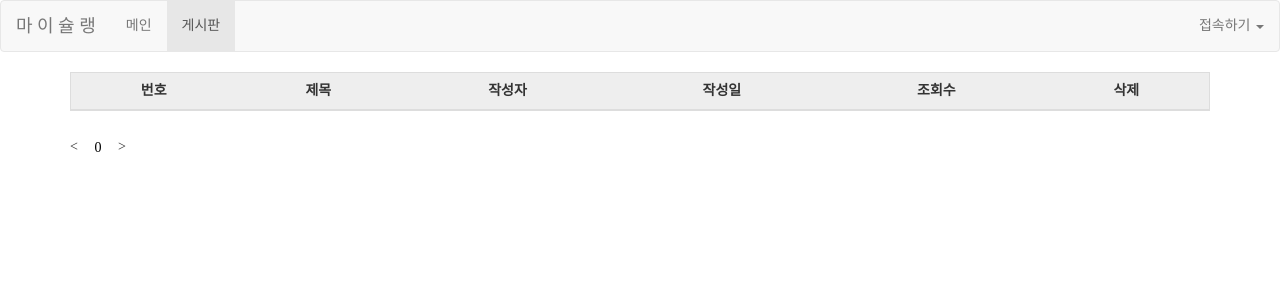
Repository: serendipity63/mychelin
Page: http://localhost/board/WEB-INF/views/boardlist.jsp
These files come from the project's save history. The page is drawn as it stood at one moment and after the next save; the edit follows.
The browser window is 1280 px wide. The pictures show the whole page.
Some web fonts or font styles are not loaded; a fallback is used. Some web libraries are served in a nearby version. The page is served by Tomcat 9. Nobody is signed in. Other server files are loaded and not shown. The template is opened directly, without the code that normally fills it, so the values that code supplies are empty.

Above is the page before, as saved 2024-01-11 07:30:09.

### board/src/main/webapp/WEB-INF/views/boardlist.jsp
<%@ page language="java" contentType="text/html; charset=UTF-8"
	pageEncoding="UTF-8"%>
<%@ taglib prefix="c" uri="http://java.sun.com/jsp/jstl/core"%>
<c:set var="contextPath" value="${pageContext.request.contextPath }" />

<!DOCTYPE html>
<html>
<head>
<meta charset="UTF-8">
<meta http-equiv="Content-Type" content="text/html; charset=UTF-8">
<meta name="viewport" content="width=device-width" , initial-scale="1">
<link rel="stylesheet" type="text/css"
	href="${contextPath}/resources/static/css/custom.css">
<link rel="stylesheet" type="text/css"
	href="resources/static/css/bootstrap.css">
<script src="https://code.jquery.com/jquery-3.1.1.min.js"></script>
<script src="resources/static/js/bootstrap.js"></script>
<title>JSP 게시판 사이트</title>
<style type="text/css">
a, a:hover {
color:#000000;
text-decoration:none;
}</style>
</head>
<body>
	<nav class="navbar navbar-default">
		<div class="navbar-header">
			<button type="button" class="navbar-toggle collapsed"
				data-toggle="collapse" data-target="#bs-example-navbar-collapse-1"
				aria-expanded="false">
				<span class="icon-bar"></span> <span class="icon-bar"></span> <span
					class="icon-bar"></span>
			</button>
			<a class="navbar-brand" href="main">마 이 슐 랭</a>
		</div>
		<div class="collapse navbar-collapse"
			id="bs-example-navbar-collapse-1">
			<ul class="nav navbar-nav">
				<li><a href="${contextPath}/main">메인</a></li>
<li class="active"><a href="${contextPath}/boardlist">게시판</a></li>
			</ul>
			<c:choose>

				<c:when test="${user eq Empty}">


					<ul class="nav navbar-nav navbar-right">
						<li class="dropdown"><a href="#" class="dropdown-toggle"
							data-toggle="dropdown" role="button" aria-haspopup="true"
							aria-expanded="false">접속하기 <span class="caret"></span>
						</a>
							<ul class="dropdown-menu">
								<li><a href="login">로그인</a></li>
								<li><a href="join">회원가입</a></li>
							</ul></li>
					</ul>

				</c:when>
				<c:otherwise>
					<ul class="nav navbar-nav navbar-right">
						<li class="dropdown"><a href="#" class="dropdown-toggle"
							data-toggle="dropdown" role="button" aria-haspopup="true"
							aria-expanded="false">회원관리 <span class="caret"></span>
						</a>
							<ul class="dropdown-menu">
								<li><a href="logout">로그아웃</a></li>
							</ul></li>
					</ul>
				</c:otherwise>
			</c:choose>
		</div>
	</nav>
	<div class="container">
		<table class="table table-striped"
			style="text-align: center; border: 1px solid #dddddd">
			<thead>
				<tr>
					<th style="background-color: #eeeeee; text-align: center;">번호</th>
					<th style="background-color: #eeeeee; text-align: center;">제목</th>
					<th style="background-color: #eeeeee; text-align: center;">작성자</th>
					<th style="background-color: #eeeeee; text-align: center;">작성일</th>
					<th style="background-color: #eeeeee; text-align: center;">조회수</th>
					<th style="background-color: #eeeeee; text-align: center;">삭제</th>
				</tr>
			</thead>
			<tbody>
				<c:forEach items="${boardList}" var="board">
					<tr id="tr_bottom">
						<td>${board.num}</td>
						<td><a
							href="${contextPath}/boarddetail/${board.num}/${pageInfo.curPage}">${board.subject}</a></td>
						<td>${board.writer}</td>
						<td>${board.writedate}</td>
						<td>${board.viewcount}</td>
						<td><c:if test="${user.id == board.writer}">
								<a
									href="${contextPath}/boarddelete/${board.num}/${pageInfo.curPage}">삭제</a>
							</c:if></td>
					</tr>
				</c:forEach>
			</tbody>
		</table>
		<c:choose>
			<c:when test="${pageInfo.curPage>1 }">
				<a href="${contextPath }/boardlist?page=${pageInfo.curPage-1 }"
					onclick="return callBtn(${pageInfo.curPage-1 });">&lt;</a>
			</c:when>
			<c:otherwise>
	 		&lt;
	 	</c:otherwise>
		</c:choose>

		<c:forEach begin="${pageInfo.startPage }" end="${pageInfo.endPage }"
			var="i">
			<c:choose>
				<c:when test="${pageInfo.curPage==i }">
					<a href="${contextPath }/boardlist?page=${i}" class="select"
						onclick="return callBtn(${i});">${i}</a>
				</c:when>
				<c:otherwise>
					<a href="${contextPath }/boardlist?page=${i}" class="btn"
						onclick="return callBtn(${i});">${i}</a>
				</c:otherwise>
			</c:choose>

		</c:forEach>

		<c:choose>
			<c:when test="${pageInfo.curPage<pageInfo.allPage}">
				<a href="${contextPath }/boardlist?page=${pageInfo.curPage+1 }"
					onclick="return callBtn(${pageInfo.curPage+1});">&gt;</a>
			</c:when>
			<c:otherwise>
				&gt;
			</c:otherwise>
		</c:choose>

		<c:if test="${user ne Empty }">
			<!--로그인 안하면 글쓰기 안보이게  ne= not equal -->
			<a href="${contextPath }/boardwrite"
				class="btn btn-primary pull-right">글쓰기</a>
		</c:if>

	</div>

</body>
</html>

### board/src/main/webapp/resources/static/css/custom.css
@charset "UTF-8";
@import url(http://fonts.googleapis.com/earlyaccess/nanumgothic.css);
@import url(http://fonts.googleapis.com/earlyaccess/hanna.css);

*{
	font-family:'Nanum Gothic';
}
h1{
	font-family: 'Hanna';
}

Loaded but not shown: board/src/main/webapp/resources/static/css/bootstrap.css (library); board/src/main/webapp/resources/static/js/bootstrap.js (library)

After the next save:
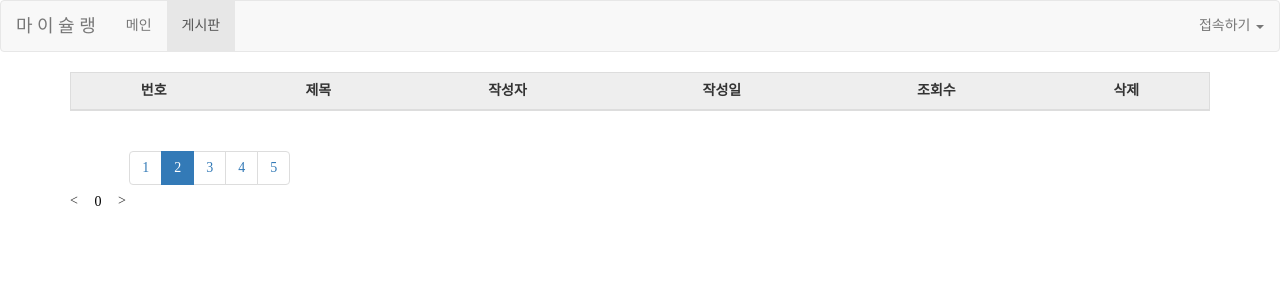
Saved 54 s later.
--- a/board/src/main/webapp/WEB-INF/views/boardlist.jsp
+++ b/board/src/main/webapp/WEB-INF/views/boardlist.jsp
@@ -134,7 +134,13 @@ text-decoration:none;
 				&gt;
 			</c:otherwise>
 		</c:choose>
-
+		<ul class="pagination">
+    <li><a href="#">1</a></li>
+    <li class="active"><a href="#">2</a></li>
+    <li><a href="#">3</a></li>
+    <li><a href="#">4</a></li>
+    <li><a href="#">5</a></li>
+  </ul>
 		<c:if test="${user ne Empty }">
 			<!--로그인 안하면 글쓰기 안보이게  ne= not equal -->
 			<a href="${contextPath }/boardwrite"
